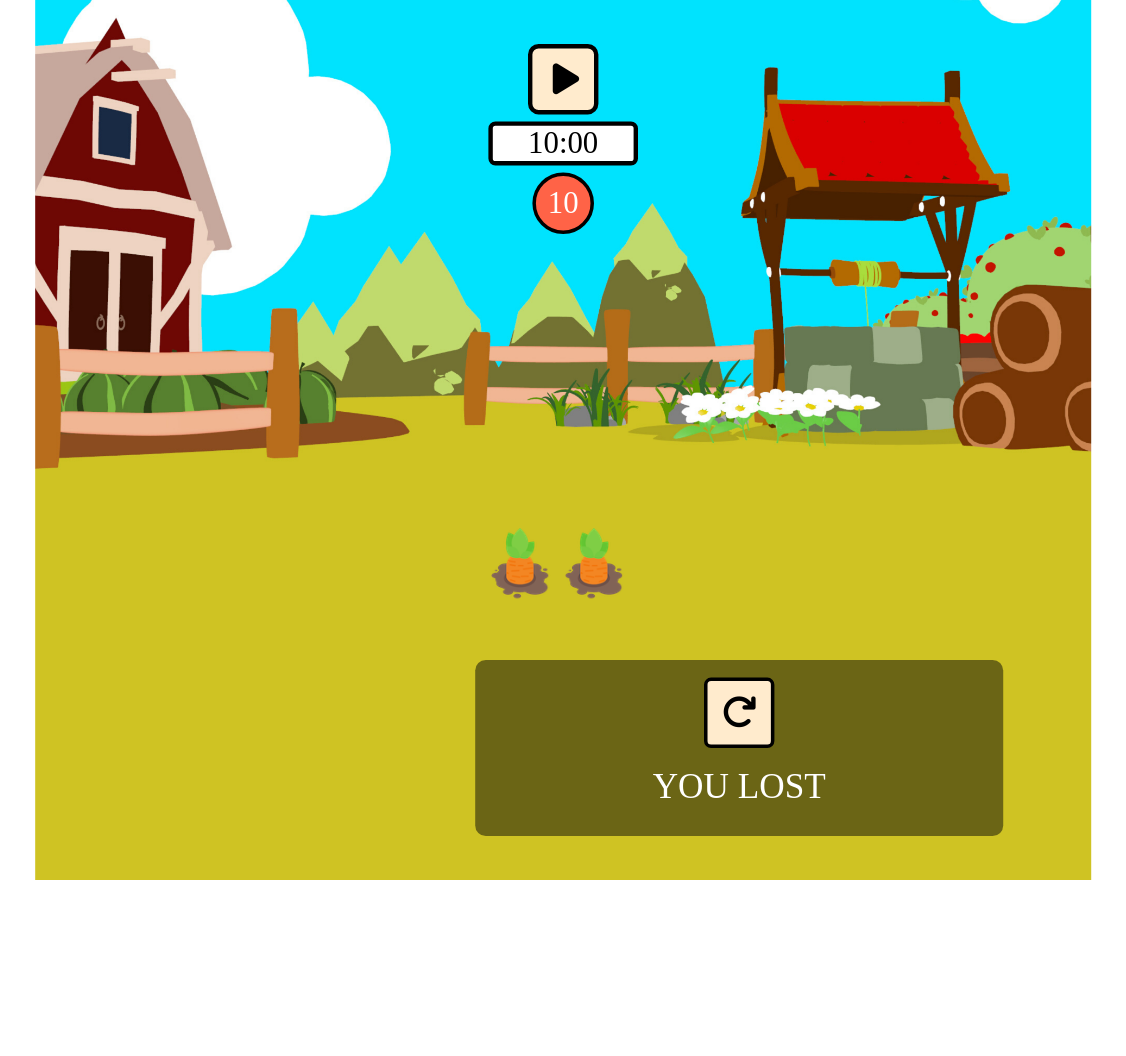
Repository: keehoonjung/Bug-Game
Page: index.html
These files come from the project's save history. The page is drawn as it stood at one moment and after the next save; the edit follows.
The browser window is 1280 px wide. The pictures show the whole page, at 88% of full size.
Some web libraries are served in a nearby version.

Above is the page before, as saved 2021-08-10 11:20:32.

### index.html
<!DOCTYPE html>
<html lang="en">
<head>
    <meta charset="UTF-8">
    <meta http-equiv="X-UA-Compatible" content="IE=edge">
    <meta name="viewport" content="width=device-width, initial-scale=1.0">
    <title>Document</title>
    <link rel="stylesheet" href="style.css">
    <script src="main.js"></script>
    <script src="https://kit.fontawesome.com/a7a8d59961.js" crossorigin="anonymous"></script>
</head>
<body>
    <section class="container">
        <section class="header">
            <button class="play__btn">
                <i class="fas fa-play"></i>
            </button>
            <div class="timer">
                10:00
            </div>
            <div class="count">10</div>
        </section>
        <section class="playground">
            <img src="./img/carrot.png" alt="carrot">
            <img src="./img/carrot.png" alt="carrot">
        </section>
        <div class="popup">
            <button class="popup__btn">
                <i class="fas fa-redo"></i>
            </button>
            <div class="popup__message">YOU LOST</div>
        </div>
    </section>
</body>
</html>

### style.css
* {
  box-sizing: border-box;
}

body {
  margin: 0;
  text-align: center;
}

.container {
  background: center/ cover no-repeat url(/img/background.png);
  width: 1200px;
  height: 1000px;
  margin: auto;
}

.header {
  height: 600px;
  padding-top: 50px;
}

.play__btn {
  width: 80px;
  height: 80px;
  background-color: blanchedalmond;
  font-size: 40px;
  border: 5px solid black;
  border-radius: 12px;
  padding-left: 12px;
  margin-bottom: 8px;
}

.timer {
  margin: auto;
  width: 170px;
  height: 50px;
  border: 5px solid black;
  border-radius: 8px;
  font-size: 35px;
  background-color: white;
  margin-bottom: 8px;
}

.count {
  margin: auto;
  width: 70px;
  height: 70px;
  background-color: tomato;
  border: 4px solid black;
  border-radius: 50%;
  font-size: 35px;
  padding: 11px 0;
  color: white;
}

.playground {
  height: 600px;
  width: 100%;
}

.popup {
  position: relative;
  bottom: 450px;
  left: 500px;
  width: 600px;
  height: 200px;
  background-color: rgba(9, 9, 9, 0.5);
  padding-top: 20px;
  border-radius: 12px;
}

.popup__btn {
  width: 80px;
  height: 80px;
  background-color: blanchedalmond;
  border: 4px solid black;
  border-radius: 8px;
  font-size: 40px;
  margin-bottom: 20px;
}

.popup__message {
  font-size: 40px;
  color: white;
}

Loaded but not shown: main.js (no copy from this time; the picture is the same without it)

After the next save:
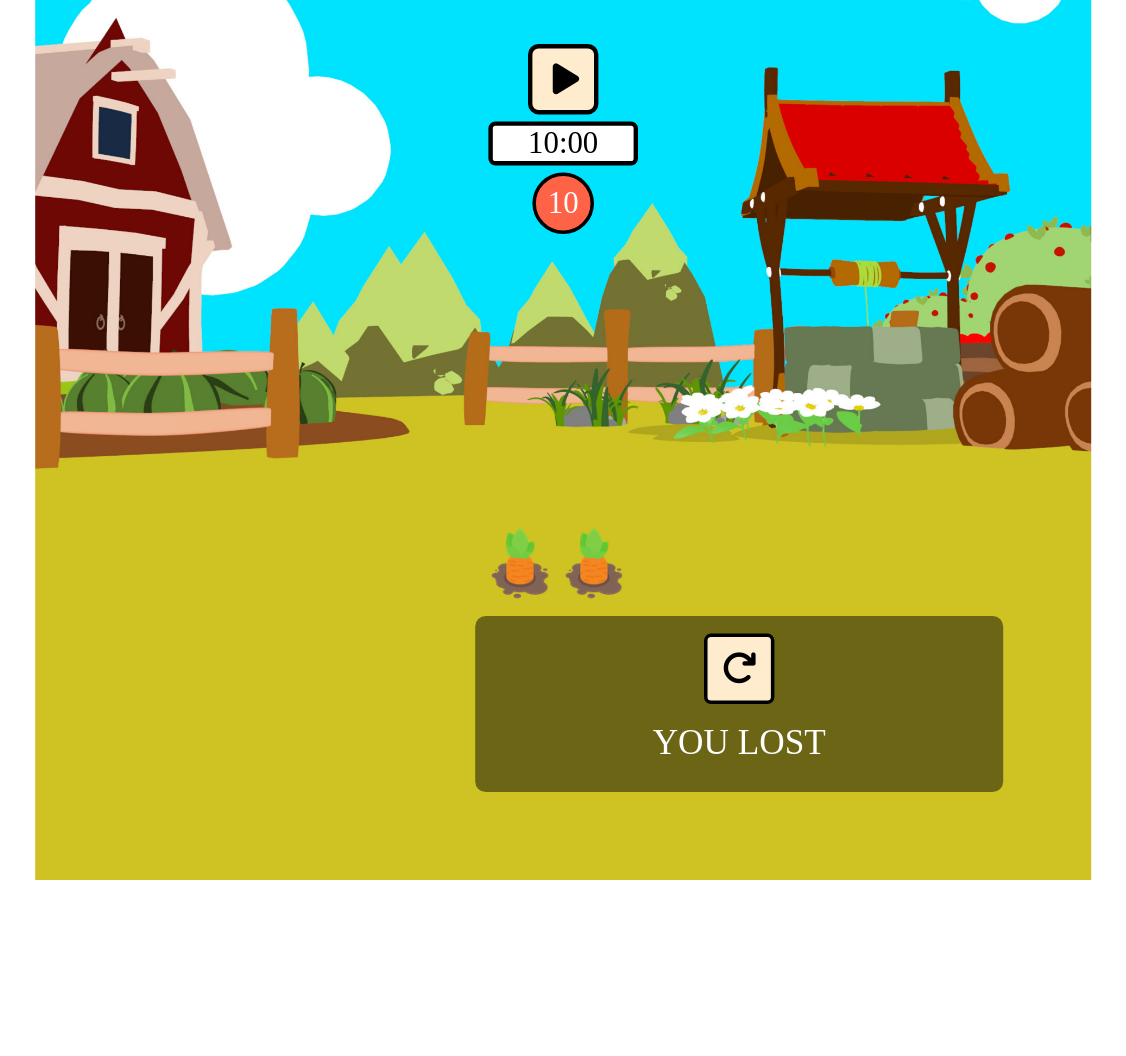
Saved 27 s later.
--- a/style.css
+++ b/style.css
@@ -60,7 +60,7 @@ body {
 
 .popup {
   position: relative;
-  bottom: 450px;
+  bottom: 500px;
   left: 500px;
   width: 600px;
   height: 200px;
